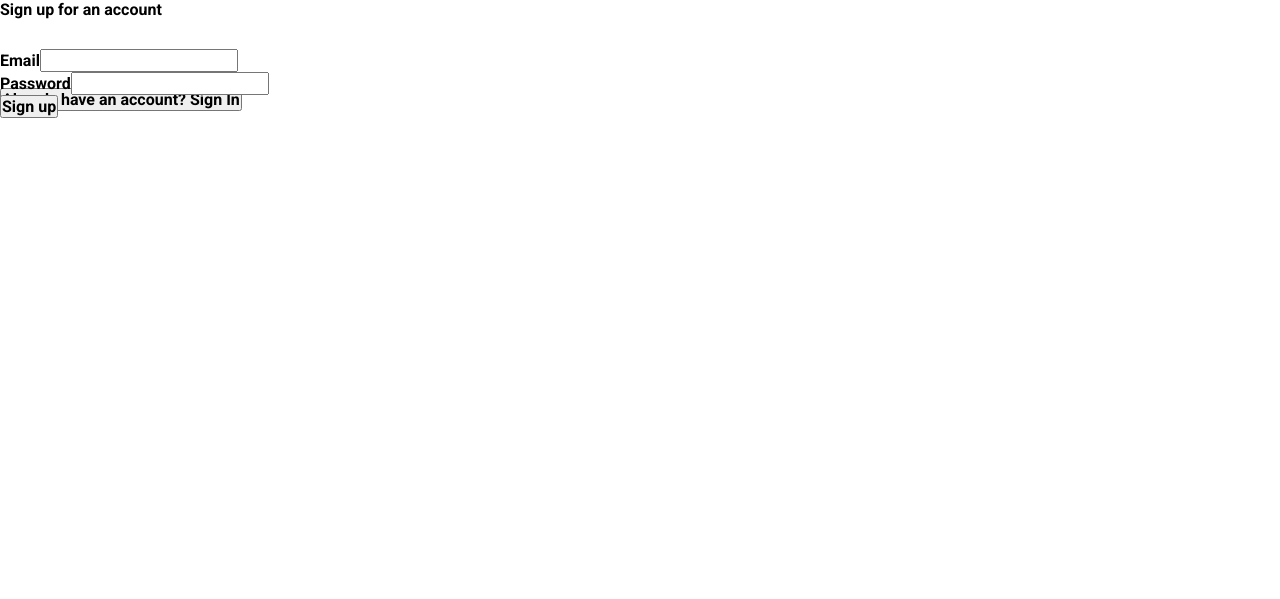
Repository: TimurZinatulin/Web_Shishki_1
Page: /
An editor plug-in stored every save of this project. The page is shown before and after the next save, followed by the edit.
The browser window is 1280 px wide. The pictures show the whole page.
The project was rebuilt for these pictures with package versions that can differ from the ones it lists, and the page was loaded fresh each time. Also part of the build but not shown: vite.config.js, vue.config.js, src/views/LoginView.vue, src/components/HelloWorld.vue, src/views/MainView.vue, src/views/HomeView.vue, src/views/EditView.vue, src/views/FavoriteView.vue and 3 more.

Above is the page before, as saved 2023-06-10 17:56:55.
Console error: TypeError: Cannot read properties of null (reading 'user')

After the next save:
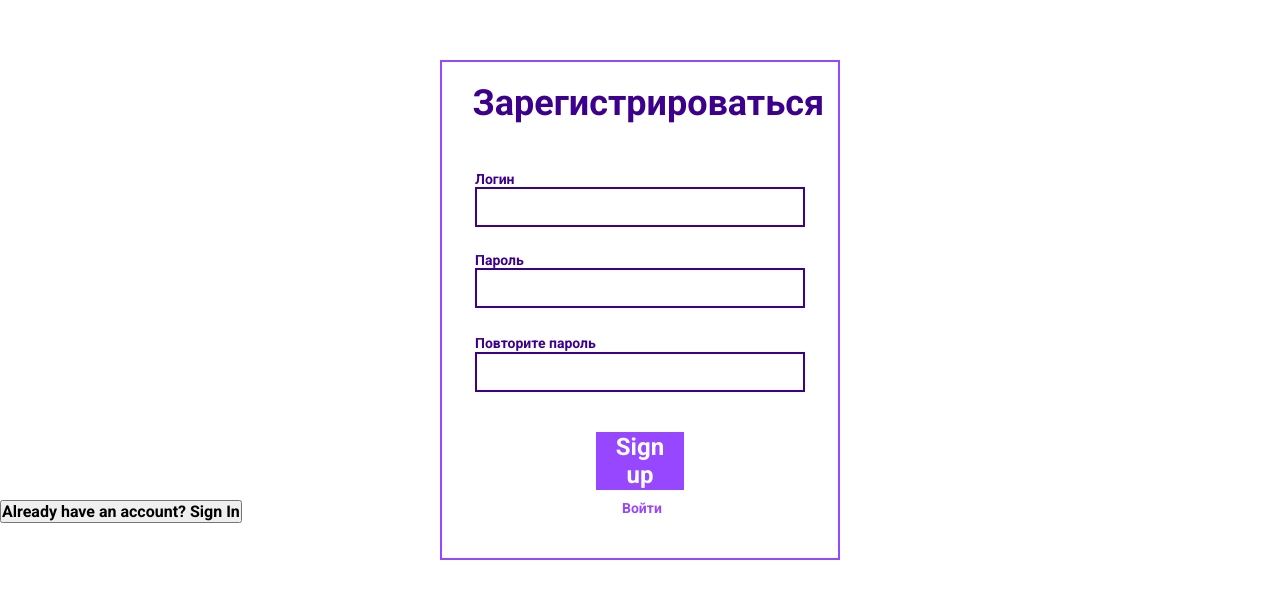
Saved 74 s later.
--- a/src/views/RegisterView.vue
+++ b/src/views/RegisterView.vue
@@ -1,18 +1,15 @@
 <template>
-    <div>
-        <h2>Sign up for an account</h2>
-        <form @submit.prevent="handleSignup">
-            <div>
-                <label for="email">Email</label>
-                <input id="email" type="email" v-model="email" />
-            </div>
-            <div>
-                <label for="password">Password</label>
-                <input id="password" type="password" v-model="password" />
-            </div>
-            <div>
-                <button type="submit">Sign up</button>
-            </div>
+    <div id="log_card">
+        <h1 id="log_name" style="position: relative; top: -30px; left: -10px;">Зарегистрироваться</h1>
+        <form>
+            <p class="p">Логин</p>
+            <input class="input1" style="top: -75px;" type="text">
+            <p class="p">Пароль</p>
+            <input class="input1" style="top: -75px;" type="password">
+            <p class="p" style="display:inline; position:relative; left: 0px;">Повторите пароль</p>
+            <input class="input1" style="top: -70px;" type="password">
+            <button type="submit" id="log_btn">Sign up</button>
+            <a href="http://localhost:8080/login" id="reg_btn" style="left: 50px; position: relative;">Войти</a>
         </form>
     </div>
 </template>
